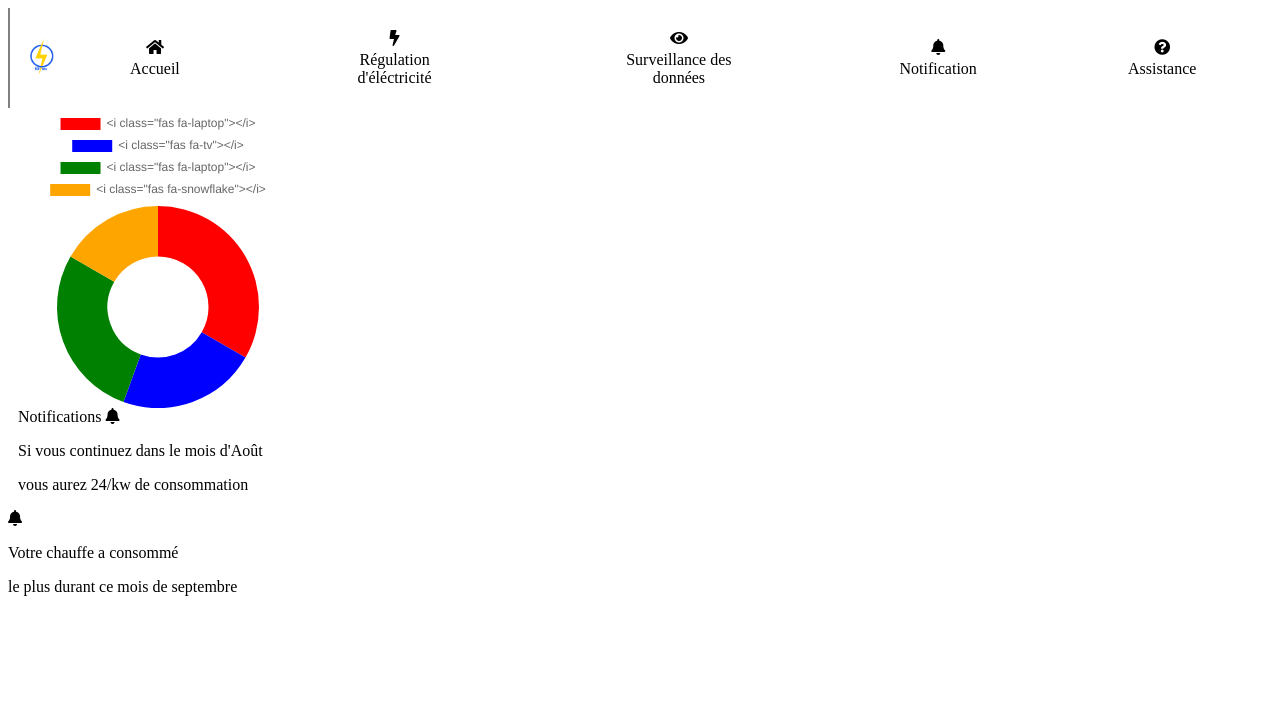
Repository: hamdia200/OSC-Ecowiz
Page: http://localhost/accueil
An editor plug-in stored every save of this project. The page is shown before and after a run of saves, followed by the edit.
The browser window is 1280 px wide. The pictures show the whole page.
The page is served by the project's Laravel application, run on PHP 8.4 with Laravel 10. Other server files are loaded and not shown.

Above is the page before, as saved 2023-08-18 13:50:54.

### routes/web.php
<?php

use Illuminate\Support\Facades\Route;

/*
|--------------------------------------------------------------------------
| Web Routes
|--------------------------------------------------------------------------
|
| Here is where you can register web routes for your application. These
| routes are loaded by the RouteServiceProvider and all of them will
| be assigned to the "web" middleware group. Make something great!
|
*/

Route::get('/', function () {
    return view('welcome');
});

Route::get('/centrale', function () {
    return view('centrale');
});
Route::get('/accueil', function () {
    return view('accueil');
});
Route::get('/inscription', function () {
    return view('inscription');
});
Route::get('/login', function () {
    return view('login');
});
Route::get('/regulation', function () {
    return view('regulation');
});

### resources/views/accueil.blade.php
@extends ("menu")
@section('content')
<div class="container">
<meta charset="UTF-8">
    <meta name="viewport" content="width=device-width, initial-scale=1.0">
    <link rel="stylesheet" href="https://cdnjs.cloudflare.com/ajax/libs/font-awesome/5.15.3/css/all.min.css">
    <script src="https://cdn.jsdelivr.net/npm/chart.js"></script>
    <title>Accueil</title>
    <style>


        .circle-container{
            position: relative;
            width: 300px;
            height: 300px;
            margin-top: ;
        }
        .notification-container {
            width: 100%;
            text-align: center;
            margin-top: 20px;
        }
        .chart-container{
            position: absolute;
            width: 100%;
            height: 100%;
        }

        .alert {
            display: inline-block;
            margin: 0 10px;
        }

    </style>
    <body>
                <div class="row">
                    <div class="col-md-6">
                        <div class="row">
                            <div class="col-xl-3">
                                <div class="circle-container">
                                    <div class="chart-container">
                                        <canvas id="myCustomChart"></canvas>
                                    </div>

                                </div>

                            </div>

                        </div>

                    </div>

                    <div class="row">
                        <div class="col-xl-3">
                            <div class="notifications-container">
                                <div class="alert">Notifications
                                    <i class="fas fa-bell"></i>
                                    <p> Si vous continuez dans le mois d'Août </p> <p> vous aurez 24/kw de consommation </p>
                                </div>

                                <div class="notifications2">
                                    <i class="fas fa-bell"></i>
                                        <p> Votre chauffe a consommé </p> <p> le plus durant ce mois de septembre </p>
                                <div>

                            </div>
                        </div>
                    </div>
                </div>


                <script>
                    var ctx = document.getElementById('myCustomChart').getContext('2d');
                    var data = {
                        labels: ['<i class="fas fa-laptop"></i>', '<i class="fas fa-tv"></i>', '<i class="fas fa-laptop"></i>', '<i class="fas fa-snowflake"></i>'],
                        datasets: [{
                            data: [30, 20, 25, 15],
                            backgroundColor: [
                                'red',
                                'blue',
                                'green',
                                'orange'
                            ],
                                // hoverBackgroundColor: [
                                // 'url(chemin_vers_image_appareil_1)',
                                // 'url(chemin_vers_image_appareil_2)',
                                // 'url(chemin_vers_image_appareil_3)',
                                // 'url(chemin_vers_image_appareil_4)'
                                // ],
                                borderWidth: 0,
                                hoverBorderWidth: 0
                        }],
                    };

                    var options = {
                        responsive: true,
                        maintainAspectRatio: false,

                    };

                    var myChart = new Chart(ctx, {
                        type: 'doughnut',
                        data: data,
                        options: options,
                    });
                </script>
        </div>
    </body>

    </html>
</div>
@endsection

### resources/views/menu.blade.php
<!DOCTYPE html>
<html>
    <head>
        <meta charset="UTF-8">
        <meta name="viewport" content="width=device-width, initial-scale=1.0">
        <link rel="stylesheet" href="{{asset('bootstrap-5/css/bootstrap.min.css')}}">
        <link rel="stylesheet" href="{{asset('icofont/icofont.min.css')}}">
        <link rel="stylesheet" href="https://cdnjs.cloudflare.com/ajax/libs/font-awesome/5.15.3/css/all.min.css">

        <title>menu</title>
        <style>
        .menu-horizontal {
            list-style-type: none;
            display: flex;
            align-items: center; /* Aligne les éléments au centre horizontalement */
            padding: 0;
            margin: 0;
            border-left: 2px solid gray;
            border-top: none;
            background-color: white;
            height:100px;
        }

        .menu-horizontal li{
            margin: 0 2cm;
            padding: 0;
        }

        .menu-item {
            display: flex;
            flex-direction: column;
            align-items: center;
            justify-content: center;
            border-left: 2p;
        }

        .menu-icon {
            width: 50px;
            height: 50px;
        }

        .menu-text {
            font-size: 16px;
            margin-top: 5px;
            text-align: center;
        }
        .logo {
            padding-left: 20px;
            height: 35px;
        }
        </style>
    </head>

    <body>
        <header>
                <ul class="menu-horizontal fixed-top">
                    <div class="header">
                        <img src="{{asset('/image/ecow.png')}}" alt="" class="logo">
                    </div>
                    <li>
                        <span class="menu-item">
                            <!-- <img src="{{asset('image/elect.png') }}" alt="Icone 1" class="menu-icon"> -->
                            <i class="fas fa-home"></i><span class="menu-text">Accueil</span>
                        </span>
                    </li>
                    <li>
                        <span class="menu-item">
                            <!-- <img src="{{asset('image/donnee.png') }}" alt="Icone 1" class="menu-icon"> -->
                            <i class="fas fa-bolt"></i><span class="menu-text">Régulation d'éléctricité </span>
                        </span>
                    </li>

                    <li>
                        <span class="menu-item">
                            <!-- <img src="{{asset('image/donnee.png') }}" alt="Icone 1" class="menu-icon"> -->
                            <i class="fas fa-eye"></i><span class="menu-text">Surveillance des données </span>
                        </span>
                    </li>
                    <li>
                        <span class="menu-item">
                            <!-- <img src="{{asset('image/sup.png') }}" alt="Icone 1" class="menu-icon"> -->
                            <i class="fas fa-bell"></i><span class="menu-text">Notification</span>
                        </span>
                    </li>
                    <li>
                        <span class="menu-item">
                            <!-- <img src="{{asset('image/assist.png') }}" alt="Icone 1" class="menu-icon"> -->
                            <i class="fas fa-question-circle"></i><span class="menu-text">Assistance</span>
                        </span>
                    </li>
                </ul>

        </header>
        <div class="container">
                @yield('content')
        </div>

    </body>


</html>

After the next 2 saves:
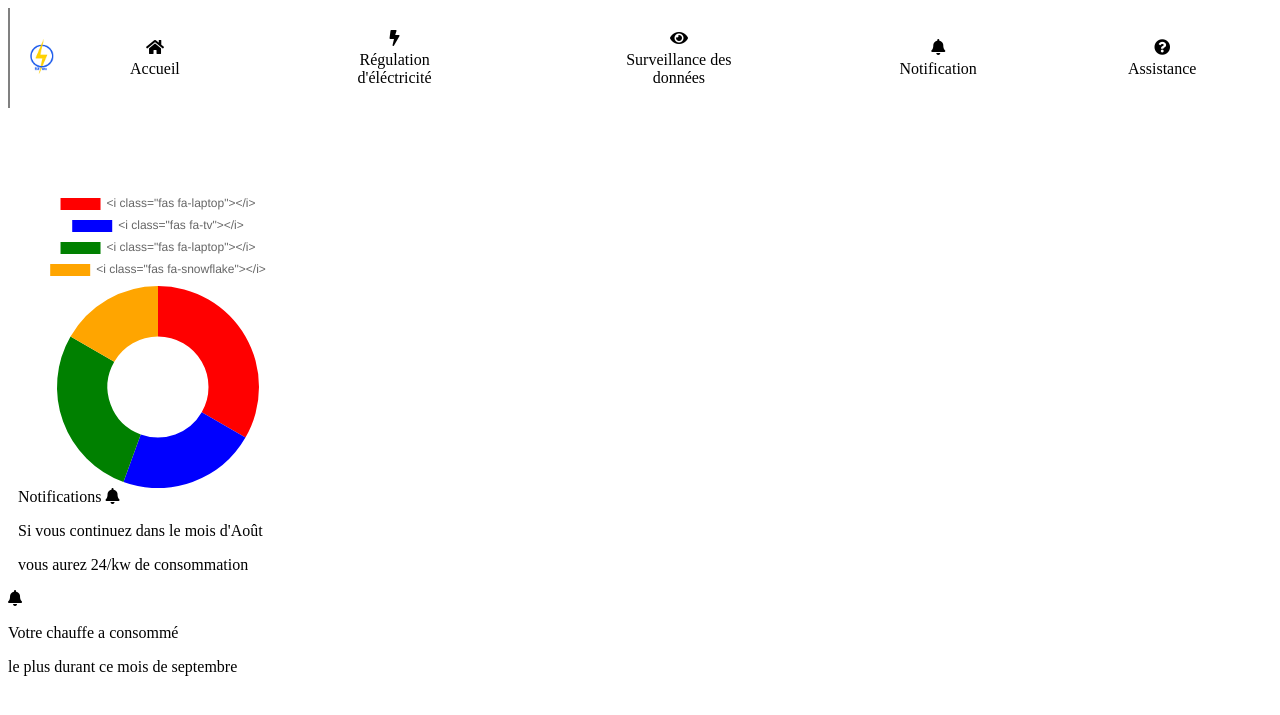
The 2 saves are shown as one change because they came seconds apart.
The last was saved 6 s later.
--- a/resources/views/accueil.blade.php
+++ b/resources/views/accueil.blade.php
@@ -13,7 +13,7 @@
             position: relative;
             width: 300px;
             height: 300px;
-            margin-top: ;
+            margin-top: 5rem;
         }
         .notification-container {
             width: 100%;
